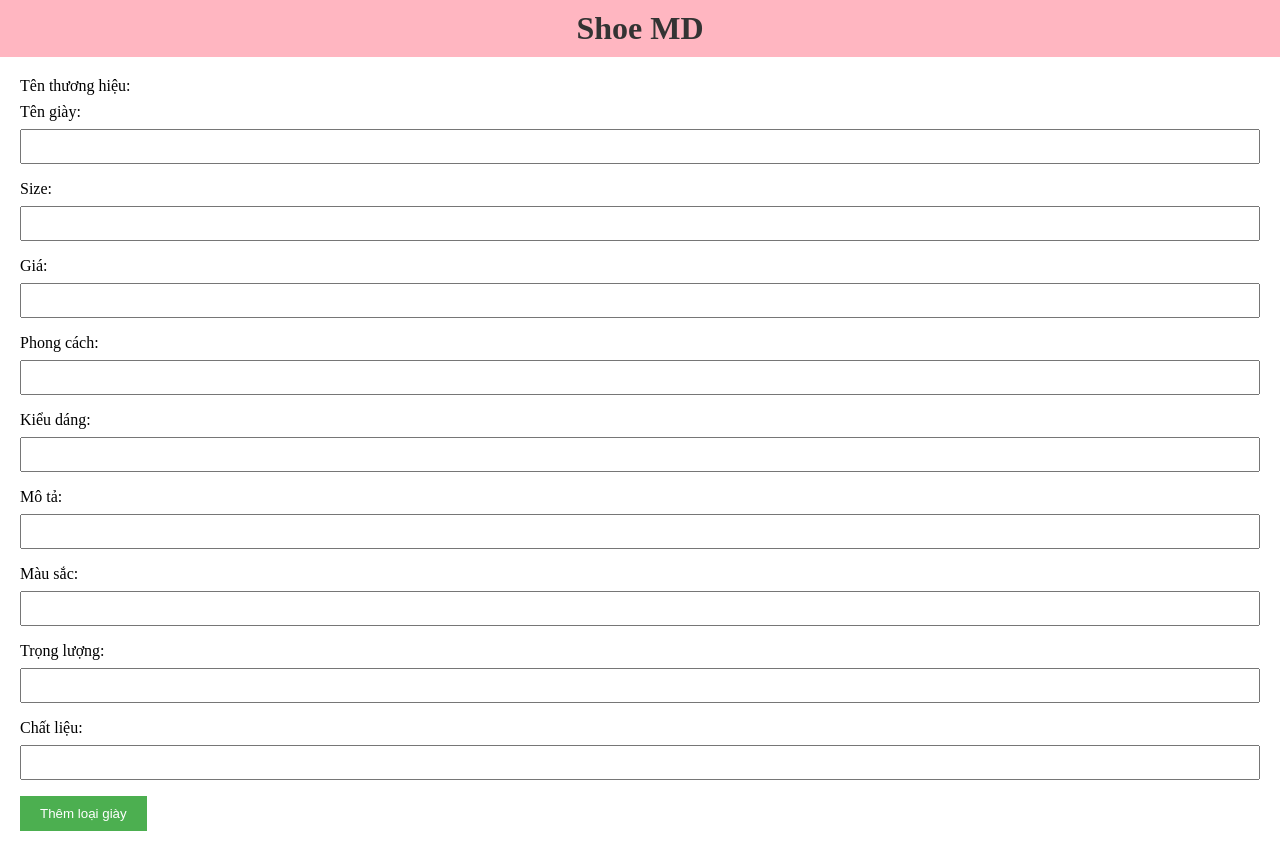
Repository: longsoisuaxe1a/shoe-md
Page: http://localhost/Project_Shoe/WEB-INF/view/admin-form-update-giay.jsp
An editor plug-in stored every save of this project. The page is shown before and after the next save, followed by the edit.
The browser window is 1280 px wide. The pictures show the whole page.
The page is served by Tomcat 9. Nobody is signed in. Other server files are loaded and not shown. The template is opened directly, without the code that normally fills it, so the values that code supplies are empty.

Above is the page before, as saved 2023-12-20 09:26:37.

### Project_Shoe/src/main/webapp/WEB-INF/view/admin-form-update-giay.jsp
<%@ page language="java" contentType="text/html; charset=UTF-8"
    pageEncoding="UTF-8"%>
    <%@ taglib prefix="c" uri="http://java.sun.com/jsp/jstl/core"%>
<%@ taglib prefix="form" uri="http://www.springframework.org/tags/form"%>
<!DOCTYPE html>
<html>
<head>
<meta charset="UTF-8">
<title>admin-form-update-loaigiay</title>
<style type="text/css">
	 /* Reset some default margin and padding for consistent styling */
    body, h1, h2, p, div, form, input {
        margin: 0;
        padding: 0;
    }

    /* Apply some basic styling to the header section */
    .ten-shop {
        background-color: #ffb6c1; /* Pastel pink background color */
        color: #333; /* Example text color */
        padding: 10px; /* Example padding */
        text-align: center; /* Center text */
    }

    /* Style the main content section */
    .container {
        margin: 20px; /* Example margin */
    }

    /* Style the form */
    form {
        margin-top: 20px; /* Example margin */
    }

    /* Style form inputs */
    label {
        display: block;
        margin-bottom: 8px; /* Example margin */
    }

    input[type="text"] {
        width: 100%;
        padding: 8px;
        margin-bottom: 16px; /* Example margin */
        box-sizing: border-box;
    }

    input[type="submit"] {
        background-color: #4CAF50; /* Example button color */
        color: #fff; /* Example text color */
        padding: 10px 20px; /* Example padding */
        border: none; /* Remove border */
        cursor: pointer;
    }
</style>
</head>
<body>
	<div class="ten-shop">
        <h1>Shoe MD</h1>
    </div>

    <div class="container">
        <form:form action="update-submit-giay" method="post" modelAttribute="giay">
            <form:hidden path="maGiay" id="brandName" name="brandName" required="required"/>
            <label for="brandName">Tên thương hiệu:</label>
           <label for="brandName">Tên giày:</label>
            <form:input path="tenGiay" id="brandName" name="brandName" required="required"/>
            <label for="brandName">Size:</label>
            <form:input path="size" id="brandName" name="brandName" required="required"/>
			<label for="brandName">Giá:</label>
            <form:input path="gia" id="brandName" name="brandName" required="required"/>
            <label for="brandName">Phong cách:</label>
            <form:input path="phongCach" id="brandName" name="brandName" required="required"/>
            <label for="brandName">Kiểu dáng:</label>
            <form:input path="kieuDang" id="brandName" name="brandName" required="required"/>
            <label for="brandName">Mô tả:</label>
            <form:input path="moTa" id="brandName" name="brandName" required="required"/>
            <label for="brandName">Màu sắc:</label>
            <form:input path="mauSac" id="brandName" name="brandName" required="required"/>
            <label for="brandName">Trọng lượng:</label>
            <form:input path="trongLuong" id="brandName" name="brandName" required="required"/>
            <label for="brandName">Chất liệu:</label>
            <form:input path="chatLieu" id="brandName" name="brandName" required="required"/>
            <input type="submit" value="Thêm loại giày">
        </form:form>
    </div>
</body>
</html>

After the next save:
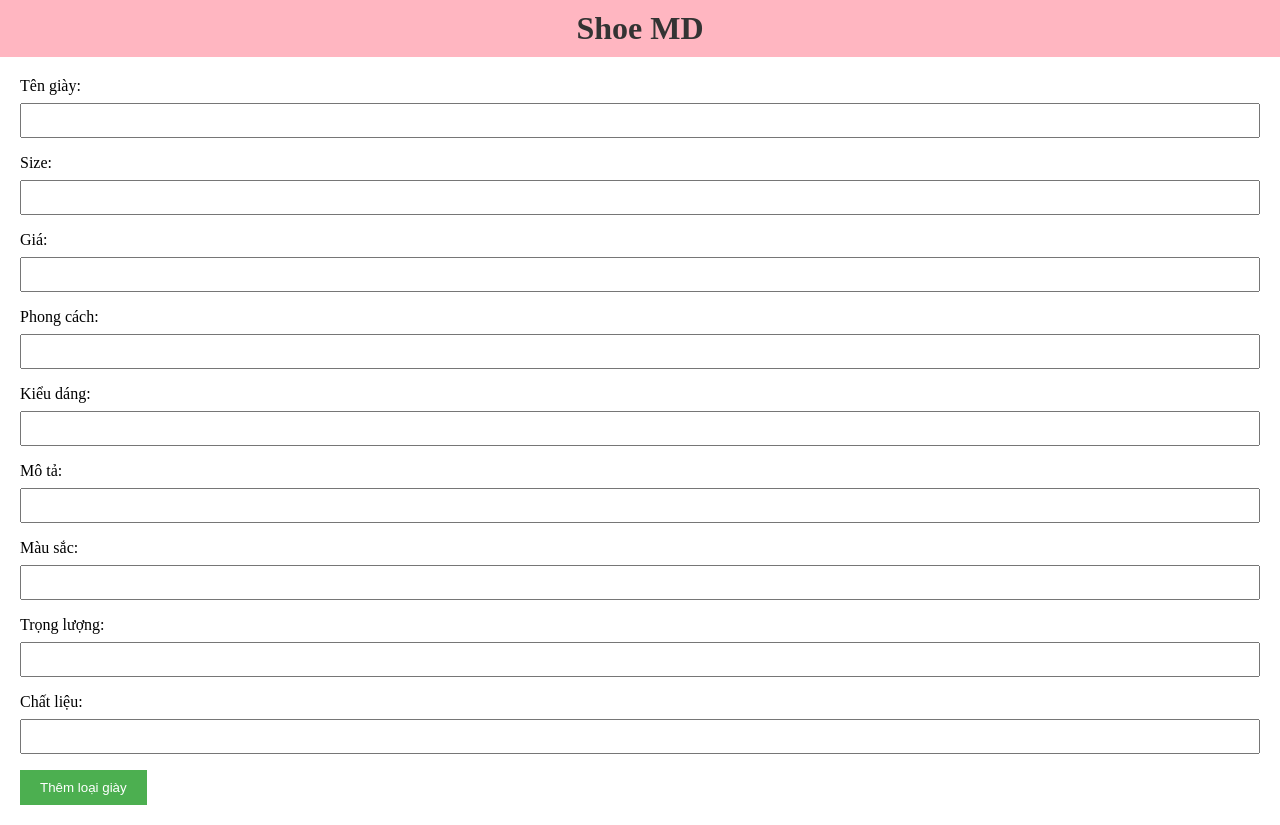
Saved 7 s later.
--- a/Project_Shoe/src/main/webapp/WEB-INF/view/admin-form-update-giay.jsp
+++ b/Project_Shoe/src/main/webapp/WEB-INF/view/admin-form-update-giay.jsp
@@ -62,7 +62,6 @@
     <div class="container">
         <form:form action="update-submit-giay" method="post" modelAttribute="giay">
             <form:hidden path="maGiay" id="brandName" name="brandName" required="required"/>
-            <label for="brandName">Tên thương hiệu:</label>
            <label for="brandName">Tên giày:</label>
             <form:input path="tenGiay" id="brandName" name="brandName" required="required"/>
             <label for="brandName">Size:</label>
